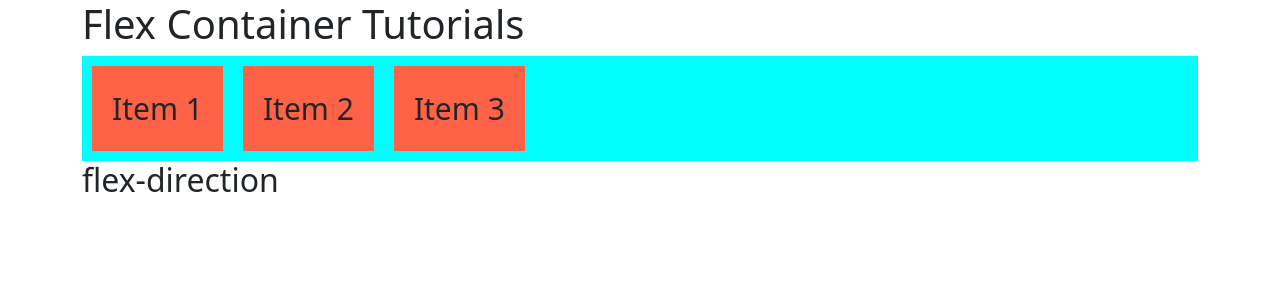
Repository: tandoan-teaching/teaching
Page: ltt/web/exercises/flexbox/flex-container.html
The author's editor kept a copy of each file at every save. The page is drawn from the files as they stood at one save, then again after the next save.
The browser window is 1280 px wide. The pictures show the whole page.

Above is the page before, as saved 2024-03-24 16:11:52.

After the next save:
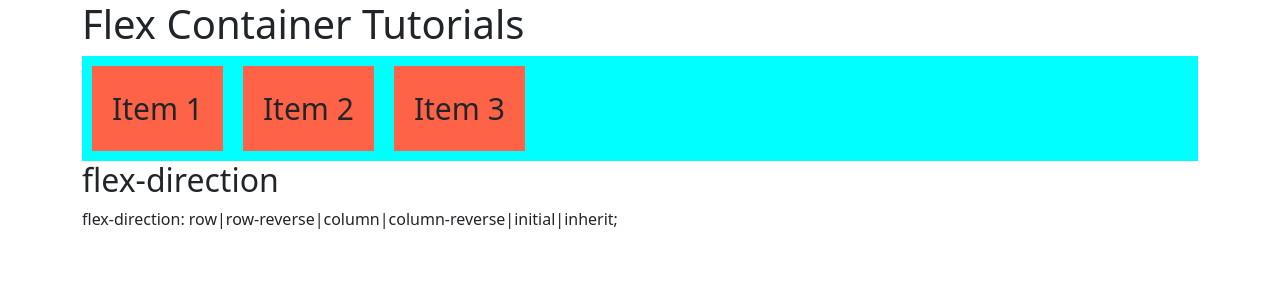
Saved 81 s later.
--- a/ltt/web/exercises/flexbox/flex-container.html
+++ b/ltt/web/exercises/flexbox/flex-container.html
@@ -41,7 +41,10 @@
 
             <div class="sub-title">
                 <h2>flex-direction</h2>
-
+                <p>
+                    flex-direction:
+                    row|row-reverse|column|column-reverse|initial|inherit;
+                </p>
             </div>
 
         </div>
